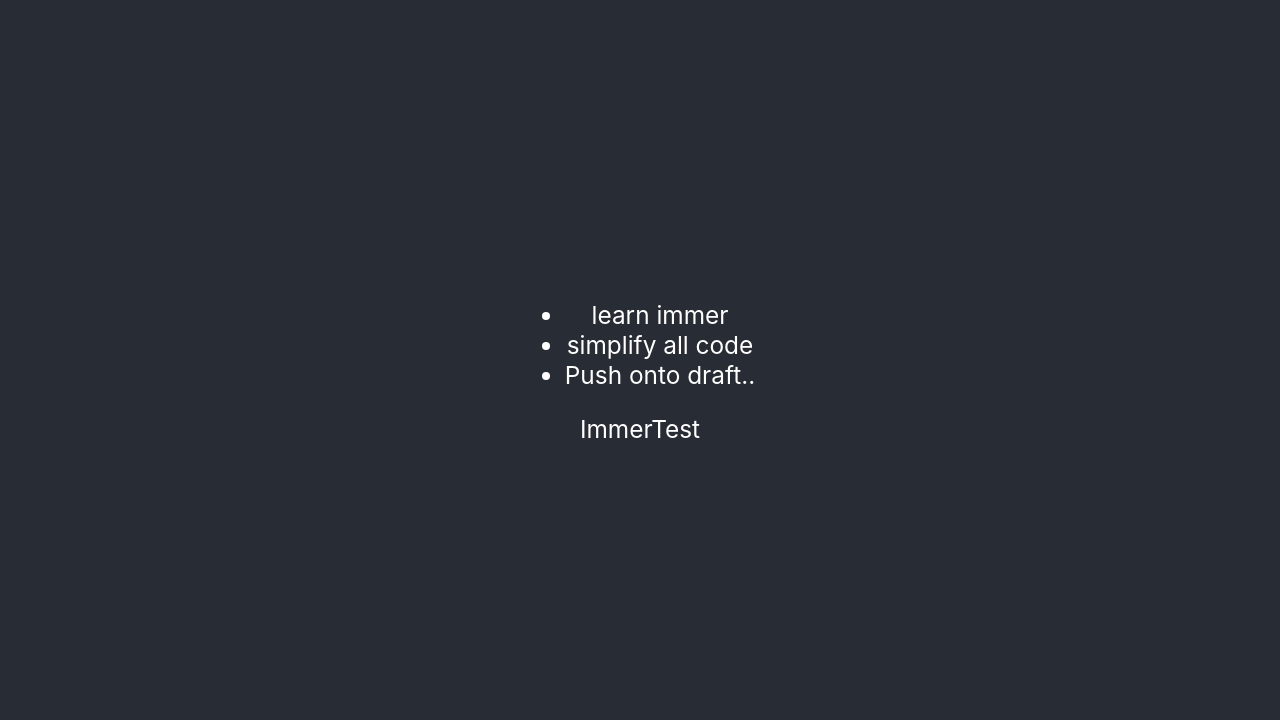
Repository: mhowey-gr8/immer-test
Page: /
An editor plug-in stored every save of this project. The page is shown before and after a run of saves, followed by the edit.
The browser window is 1280 px wide. The pictures show the whole page.
The project was rebuilt for these pictures with package versions that can differ from the ones it lists, and the page was loaded fresh each time.

Above is the page before, as saved 2019-06-20 19:10:31.

### src/App.js
import React from "react";
import "./App.css";
import produce from "immer";
import ImmerTest from "./components/ImmerTest";

function App() {
  const todos = [
    {
      text: "learn immer",
      done: false
    },
    {
      text: "simplify all code",
      done: false
    }
  ];

  const nextTodos = produce(todos, draft => {
    draft.push({ text: "Push onto draft..", done: false });
  });

  return (
    <div className='App'>
      <header className='App-header'>
        <ul>
          {nextTodos.map(todo => {
            return <li>{todo.text}</li>;
          })}
        </ul>
        <ImmerTest />
      </header>
    </div>
  );
}

export default App;

### src/components/ImmerTest.js
import React from "react";

const ImmerTest = () => {
  return <div>ImmerTest</div>;
};

export default ImmerTest;

Loaded but not shown: public/index.html (common file); src/index.js (common file); src/index.css (common file); src/serviceWorker.js (common file); src/App.css (common file)

After the next 2 saves:
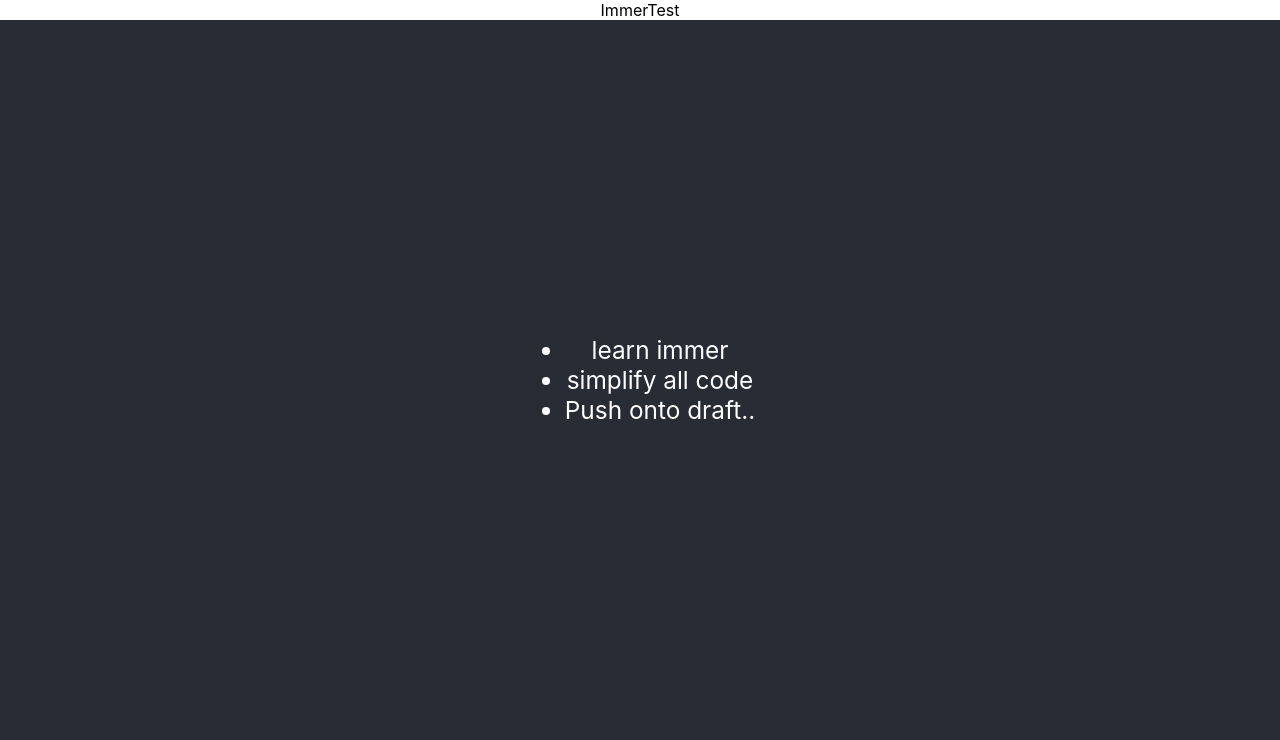
The 2 saves are shown as one change because they came seconds apart.
The last was saved 7 s later.
--- a/src/App.js
+++ b/src/App.js
@@ -21,13 +21,13 @@ function App() {
 
   return (
     <div className='App'>
+      <ImmerTest />
       <header className='App-header'>
         <ul>
           {nextTodos.map(todo => {
             return <li>{todo.text}</li>;
           })}
         </ul>
-        <ImmerTest />
       </header>
     </div>
   );
